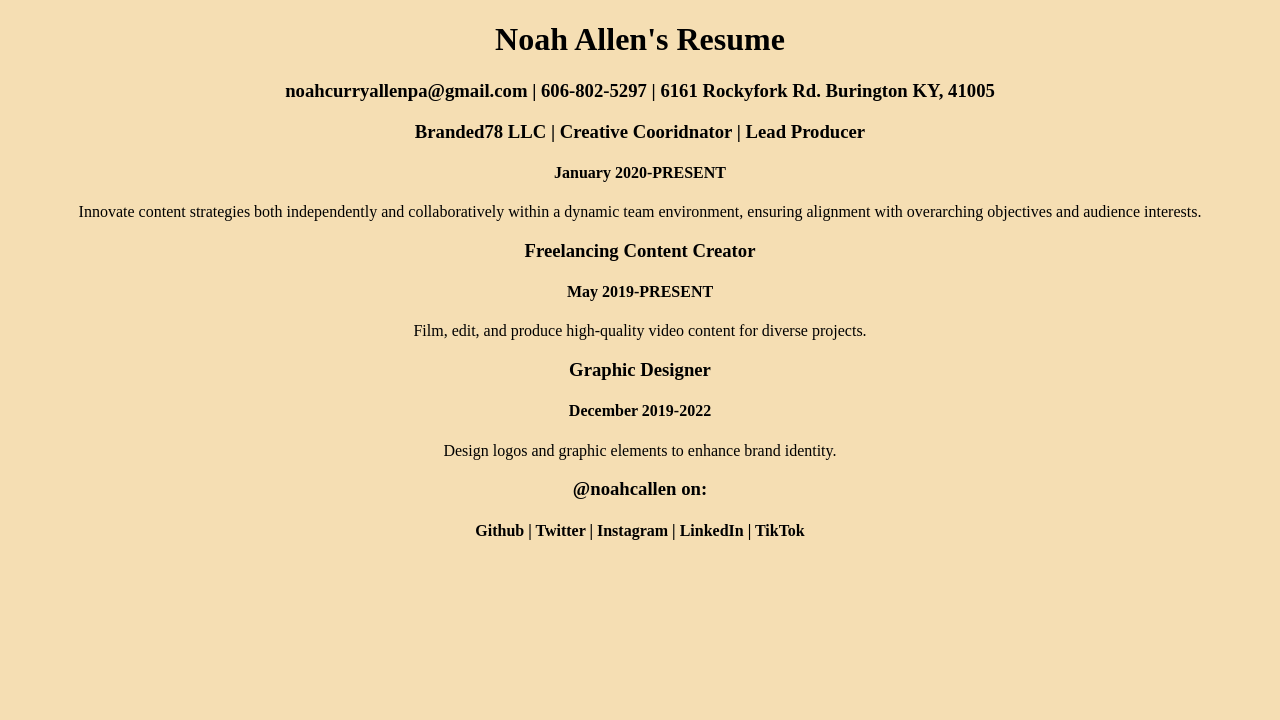
Repository: noahcallen/LAB-HTML-Resume
Page: index.html
An editor plug-in stored every save of this project. The page is shown before and after the next save, followed by the edit.
The browser window is 1280 px wide. The pictures show the whole page.

Above is the page before, as saved 2024-07-08 21:39:46.

### index.html
<!DOCTYPE html>
<html lang="en">
<head>
  <meta charset="UTF-8">
  <meta name="viewport" content="width=device-width, initial-scale=1.0">
  <title>Document</title>
  <link rel="stylesheet" href="main.css">
</head>
<body>

  <div class="HEADER">
  <!--HEADER-->
  <h1>Noah Allen's Resume</h1>
  <h3> noahcurryallenpa@gmail.com | 606-802-5297 | 6161 Rockyfork Rd. Burington KY, 41005</h3>
<!--END HEADER-->
  </div>

  <article id="Job1">
    <h3>Branded78 LLC | Creative Cooridnator | Lead Producer</h3>
    <h4>January 2020-PRESENT</h4>
    <section>
      <p>Innovate content strategies both independently and collaboratively within a dynamic team environment, ensuring alignment with overarching objectives and audience interests.</p>
    </section>
  </article>

  <article id="Job2">
    <h3>Freelancing Content Creator</h3>
    <h4>May 2019-PRESENT</h4>
    <section>
      <p>Film, edit, and produce high-quality video content for diverse projects.</p>
    </section>
  </article>

  <article id="Job3">
    <h3>Graphic Designer</h3>
    <h4>December 2019-2022</h4>
    <section>
      <p>Design logos and graphic elements to enhance brand identity.</p>
    </section>
  </article>

  <div class="FOOTER">
    <!-- FOOTER-->
     <h3>@noahcallen on:</h3>
     <h4>Github | Twitter | Instagram | LinkedIn | TikTok</h4>
    <!-- FOOTER-->
  </div>



  <script src="main.js"></script>
</body>
</html>

### main.css
body {
  background-color: wheat;
  text-align: center;
}

.HEADER {
  border: 200px 200px 200px 200px;
}

Loaded but not shown: main.js (no stored copy; drawn as an empty file)

After the next save:
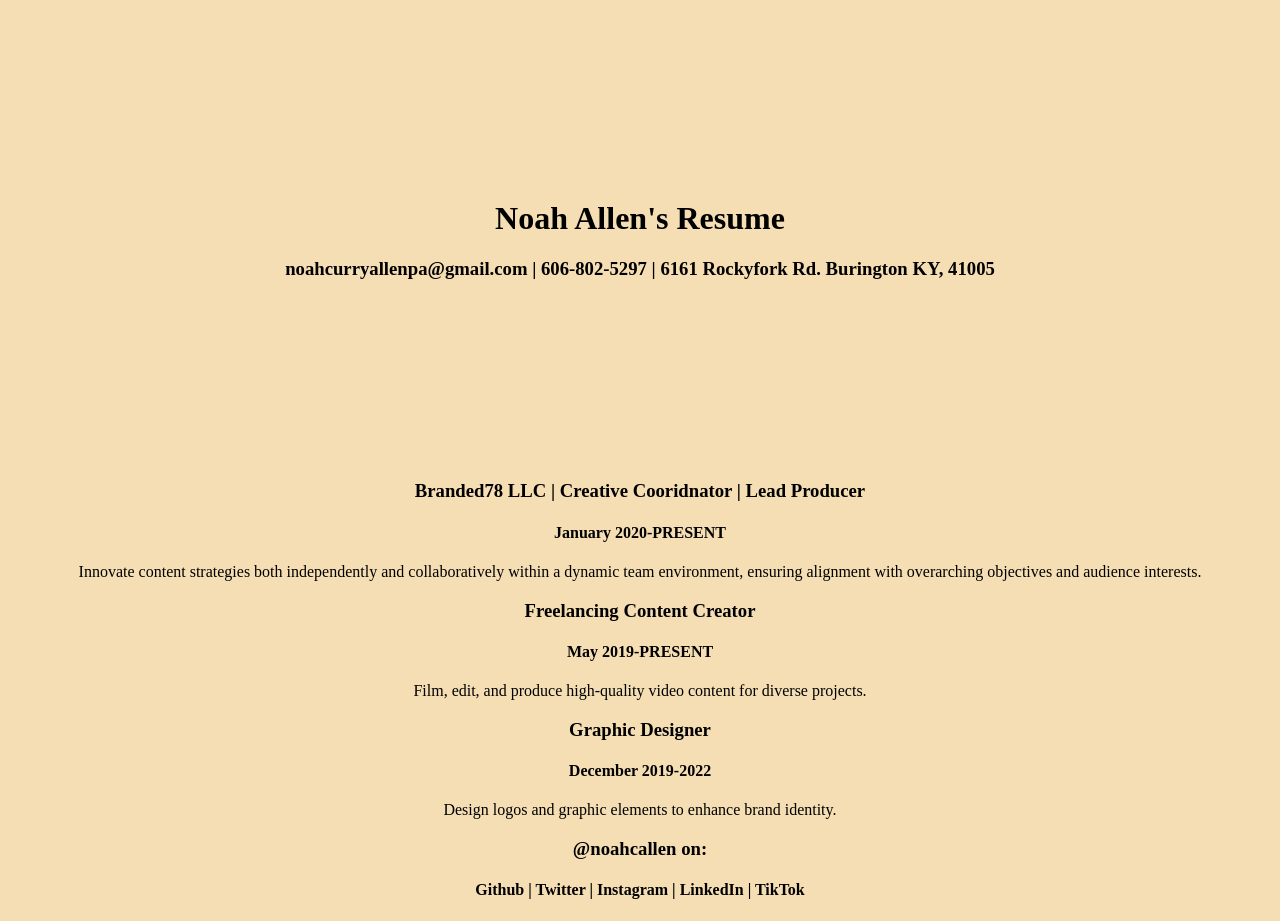
Saved 41 s later.
--- a/main.css
+++ b/main.css
@@ -4,5 +4,5 @@
 }
 
 .HEADER {
-  border: 200px 200px 200px 200px;
+  margin: 200px 200px 200px 200px;
 }
